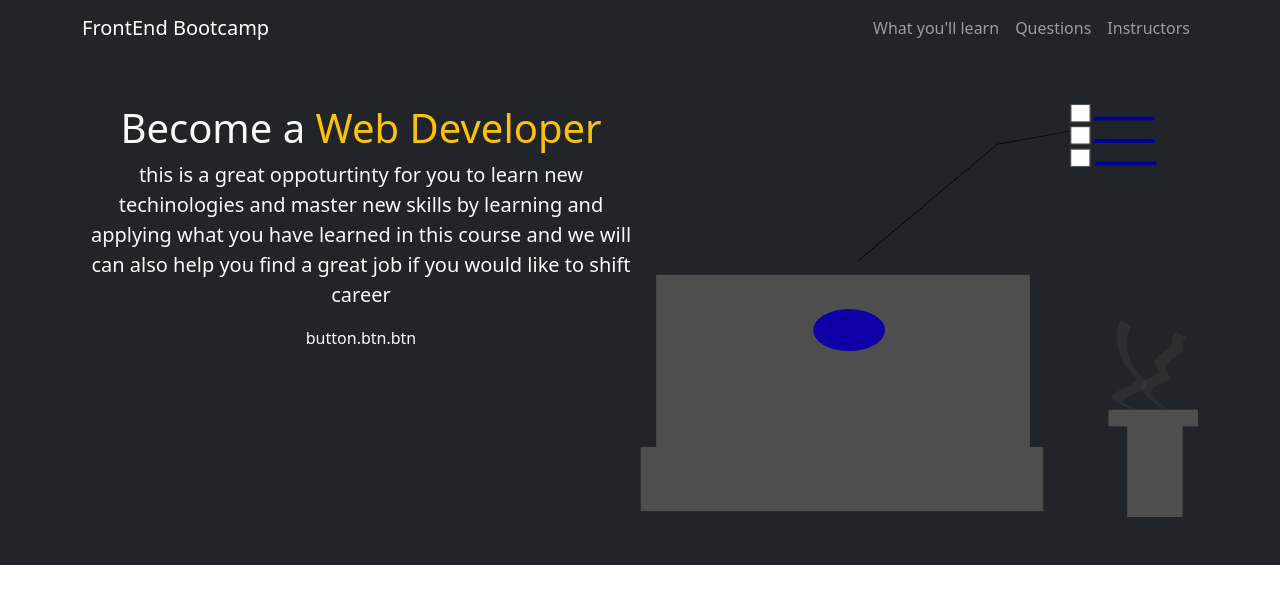
Repository: HaziimYassien/Front-End-BootCamp-__BootStrap-Project
Page: Front End BootCamp2/index.html
An editor plug-in stored every save of this project. The page is shown before and after a run of saves, followed by the edit.
The browser window is 1280 px wide. The pictures show the whole page.

Above is the page before, as saved 2024-01-12 02:18:47.

### Front End BootCamp2/index.html
<!DOCTYPE html>
<html lang="en">
  <head>
    <meta charset="utf-8" />
    <meta name="viewport" content="width=device-width, initial-scale=1" />
    <title>Frontend Bootcamp</title>
    <link
      href="https://cdn.jsdelivr.net/npm/bootstrap@5.3.2/dist/css/bootstrap.min.css"
      rel="stylesheet"
      integrity="sha384-T3c6CoIi6uLrA9TneNEoa7RxnatzjcDSCmG1MXxSR1GAsXEV/Dwwykc2MPK8M2HN"
      crossorigin="anonymous"
    />
    <link rel="stylesheet" href="style.css" />
  </head>
  <body>
    <!-- START _NavigationBar -->
    <nav class="navbar navbar-expand-lg bg-dark navbar-dark">
      <div class="container">
        <a href="#" class="navbar-brand">FrontEnd Bootcamp</a>
        <button
          class="navbar-toggler"
          type="button"
          data-bs-toggle="collapse"
          data-bs-target="#navmenu"
        >
          <span class="navbar-toggler-icon"></span>
        </button>
        <div class="collapse navbar-collapse" id="navmenu">
          <ul class="navbar-nav ms-auto">
            <li class="nav-item">
              <a href="#learn" class="nav-link">What you'll learn</a>
            </li>
            <li class="nav-item">
              <a href="#questions" class="nav-link">Questions</a>
            </li>
            <li class="nav-item">
              <a href="#instructors" class="nav-link">Instructors</a>
            </li>
          </ul>
        </div>
      </div>
    </nav>
    <!-- END _NavigationBar -->

    <!-- START _ShowCase -->
    <section class="bg-dark text-light p-5 text-center">
      <div class="container">
        <div class="d-sm-flex">
          <div>
            <h1>Become a <span class="text-warning"> Web Developer</span></h1>
            <p class="lead">
              this is a great oppoturtinty for you to learn new techinologies
              and master new skills by learning and applying what you have
              learned in this course and we will can also help you find a great
              job if you would like to shift career
            </p>
            button.btn.btn
          </div>
          <img
            class="img-fluid w-50 h-50"
            src="img/FirstImage_BootCampProject.svg"
            alt=""
          />
        </div>
      </div>
    </section>
    <script
      src="https://cdn.jsdelivr.net/npm/bootstrap@5.3.2/dist/js/bootstrap.bundle.min.js"
      integrity="sha384-C6RzsynM9kWDrMNeT87bh95OGNyZPhcTNXj1NW7RuBCsyN/o0jlpcV8Qyq46cDfL"
      crossorigin="anonymous"
    ></script>
  </body>
</html>

Loaded but not shown: Front End BootCamp2/style.css (no copy from this time; the picture is the same without it)

After the next 2 saves:
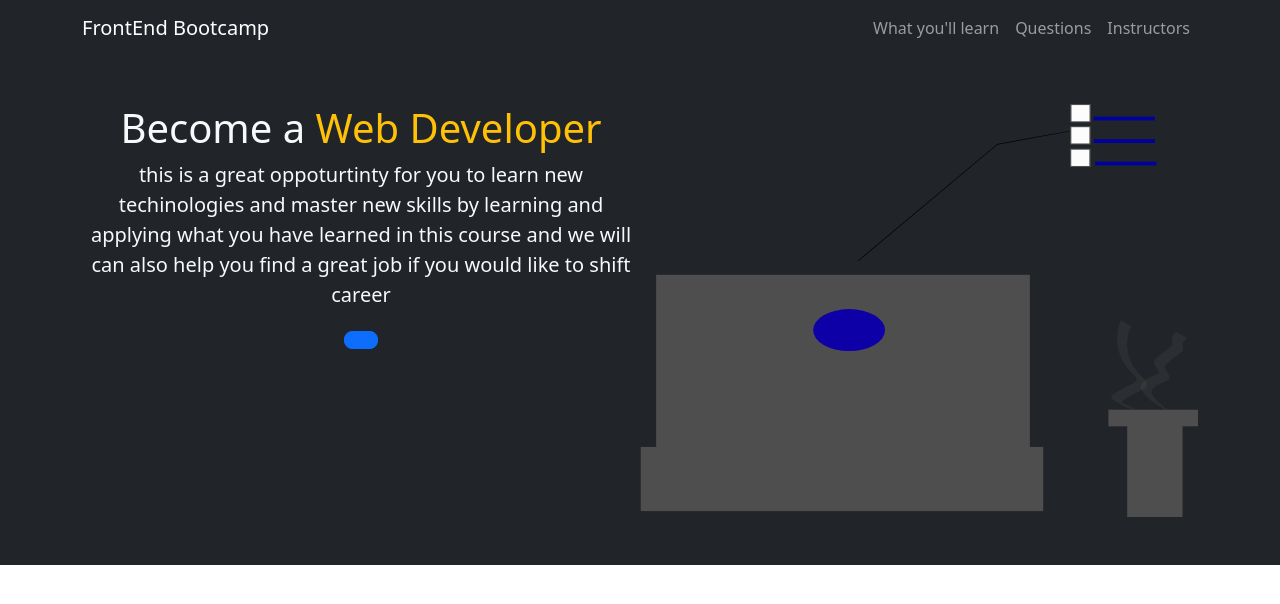
The 2 saves are shown as one change because they came seconds apart.
The last was saved 8 s later.
--- a/Front End BootCamp2/index.html
+++ b/Front End BootCamp2/index.html
@@ -54,7 +54,7 @@
               learned in this course and we will can also help you find a great
               job if you would like to shift career
             </p>
-            button.btn.btn
+            <button class="btn btn-primary btn-lg"></button>
           </div>
           <img
             class="img-fluid w-50 h-50"
